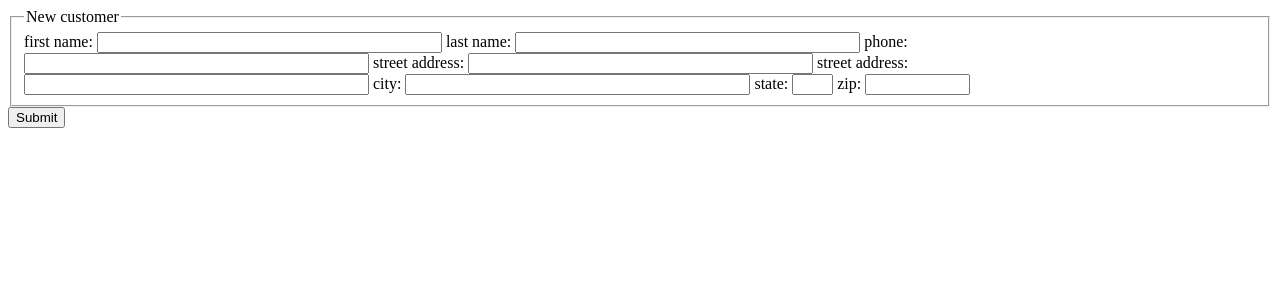
Repository: eugenehiggins/beginning-php-mysql
Page: http://localhost/create-record/html-form-part-OLD.php
The author's editor kept a record of every edit. The page is drawn from the files as they stood at one moment, then again after the next edit.
The browser window is 1280 px wide. The pictures show the whole page.
The page is run by PHP 8.4 with error messages shown; the project is at /var/www/html/.

Above is the page before.

### create-record/html-form-part-OLD.php
<?php

if ( $action = "add-record")
{

}

?>
<script>
<!--
(function($){
    $(document).ready(function(){

    })
})
//-->
</script>
<form name="personal-info" action="<?php echo $action.".php"?>" class="form">
    <fieldset>
        <legend>New customer</legend>
        <label>first name: </label><input name="contactFirstName" type="text" size="40">
        <label>last name:</label> <input name="contactLasttName" type="text" size="40">
        <label>phone: </label><input name="phone" type="text" size="40">
        <label>street address:</label> <input name="addressLine1" type="text" size="40">
        <label>street address:</label> <input name="addressLine2" type="text" size="40">
        <label>city:</label> <input name="city" type="text" size="40">
        <label>state:</label> <input name="state" type="text" size="2">
        <label>zip:</label> <input name="postalCode" type="text" size="10">

    </fieldset>
    <input type="submit" value="Submit">

</form>

After the next edit:
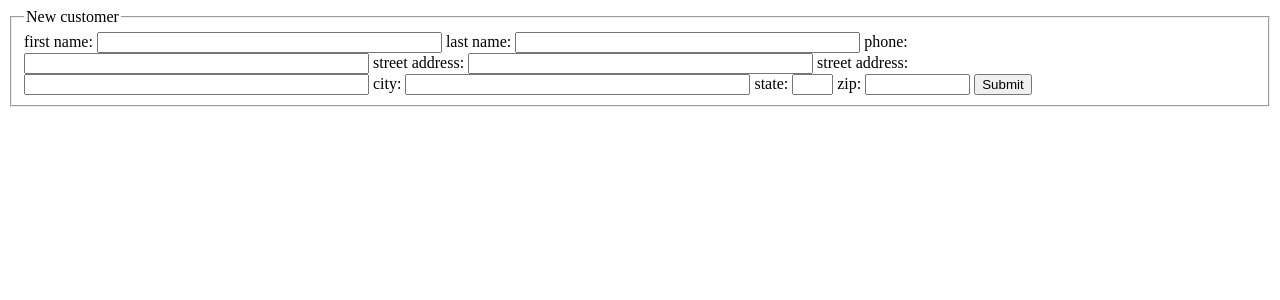
The edit:
--- a/create-record/html-form-part-OLD.php
+++ b/create-record/html-form-part-OLD.php
@@ -26,8 +26,8 @@
         <label>city:</label> <input name="city" type="text" size="40">
         <label>state:</label> <input name="state" type="text" size="2">
         <label>zip:</label> <input name="postalCode" type="text" size="10">
+        <label></label><input type="submit" value="Submit">
 
     </fieldset>
-    <input type="submit" value="Submit">
 
 </form>
